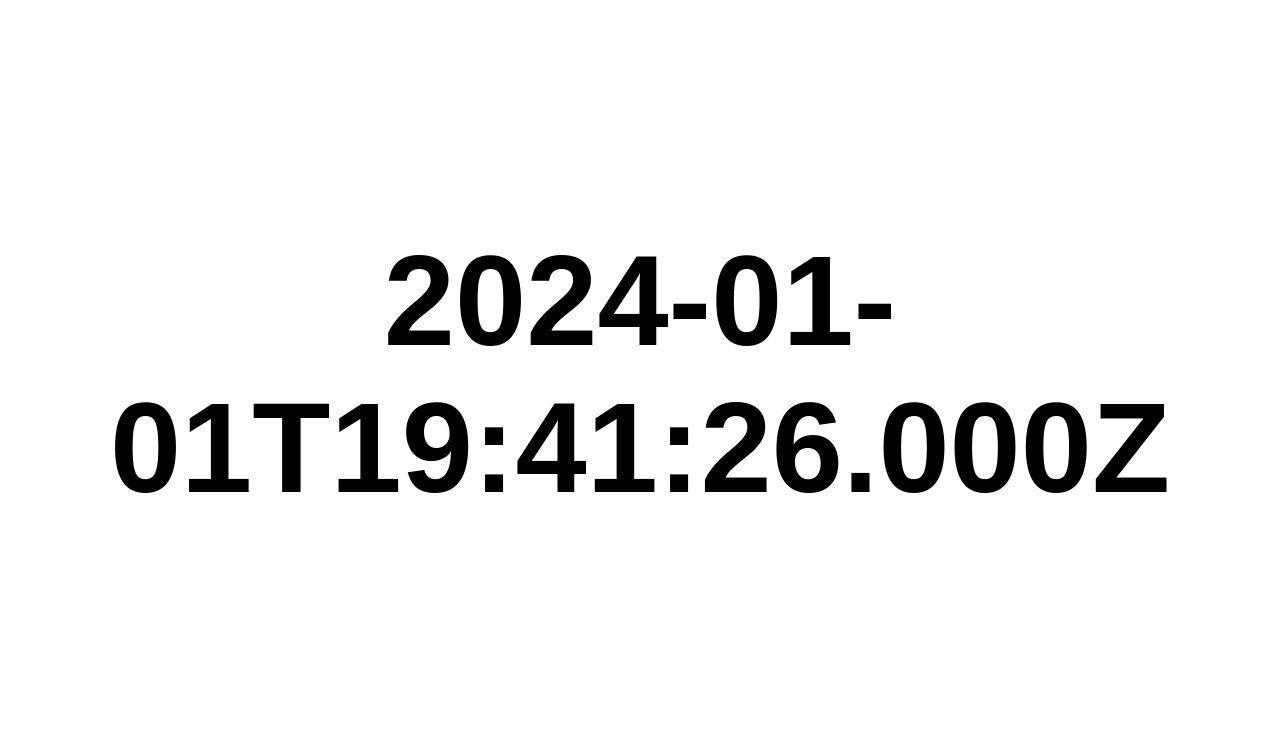
Repository: end888160/end888160.github.io
Page: clock_utc_iso8601.html
These files come from the project's save history. The page is drawn as it stood at one moment and after the next save; the edit follows.
The browser window is 1280 px wide. The pictures show the whole page.

Above is the page before, as saved 2024-09-22 08:53:18.

After the next save:
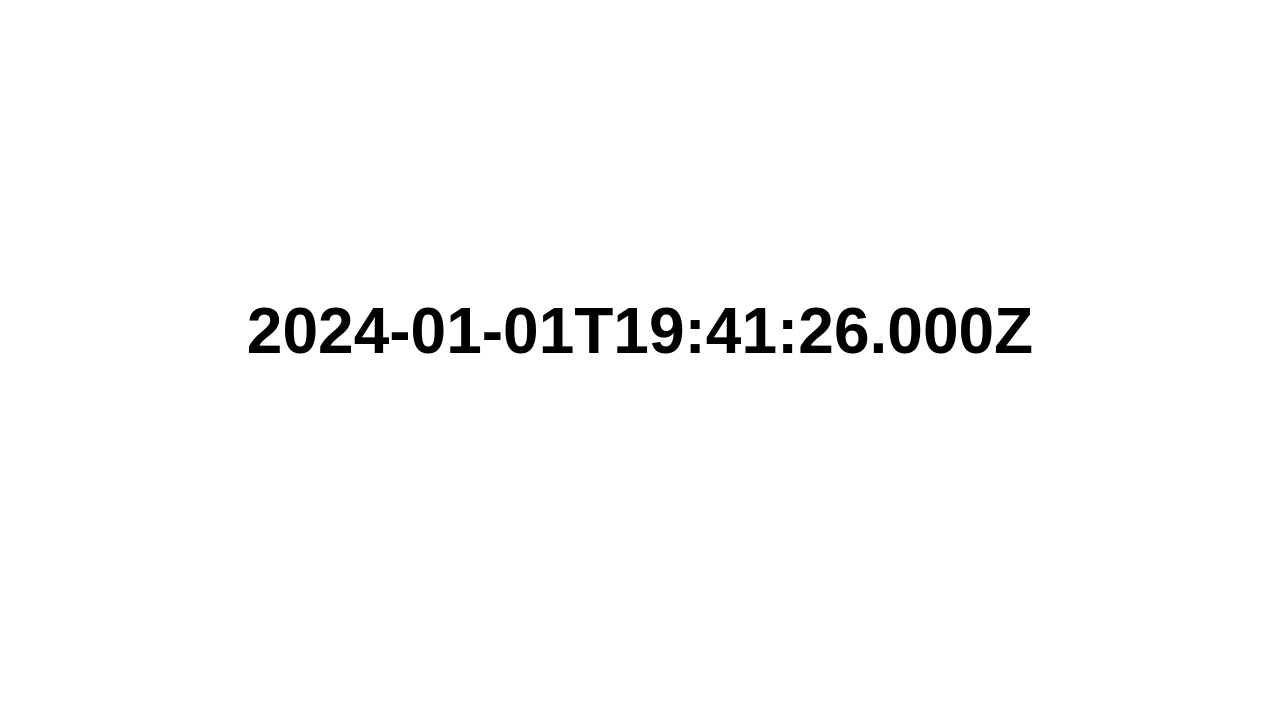
Saved 3 min 47 s later.
--- a/clock_utc_iso8601.html
+++ b/clock_utc_iso8601.html
@@ -11,7 +11,7 @@
 		display: flex;
 		height: 80vh;
 		align-items: center;
-		font-size: 10vw;
+		font-size: 5vw;
 		font-family: Arial, Helvetica, "Noto Sans", sans-serif;
 
 	}
